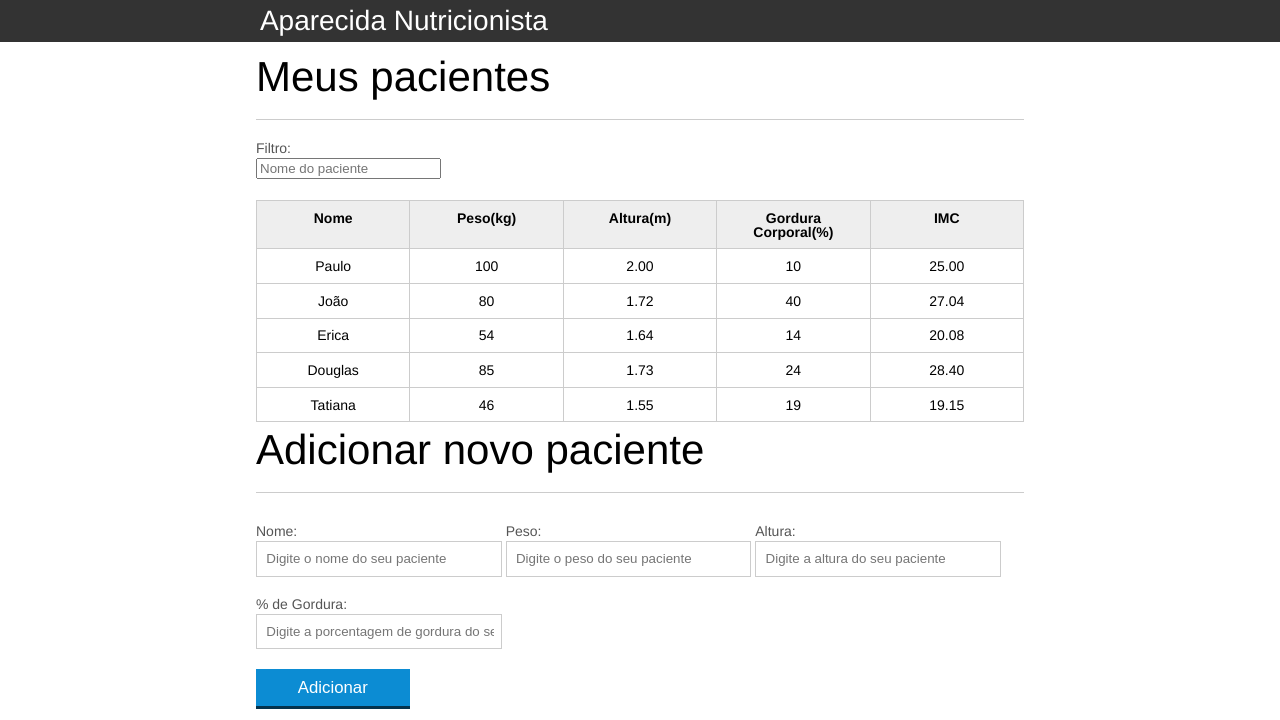
Repository: GabbLps/Controle-de-Clientes-Alura
Page: index.html
The author's editor kept a copy of each file at every save. The page is drawn from the files as they stood at one save, then again after the next save.
The browser window is 1280 px wide. The pictures show the whole page.

Above is the page before, as saved 2022-05-15 18:46:56.

After the next save:
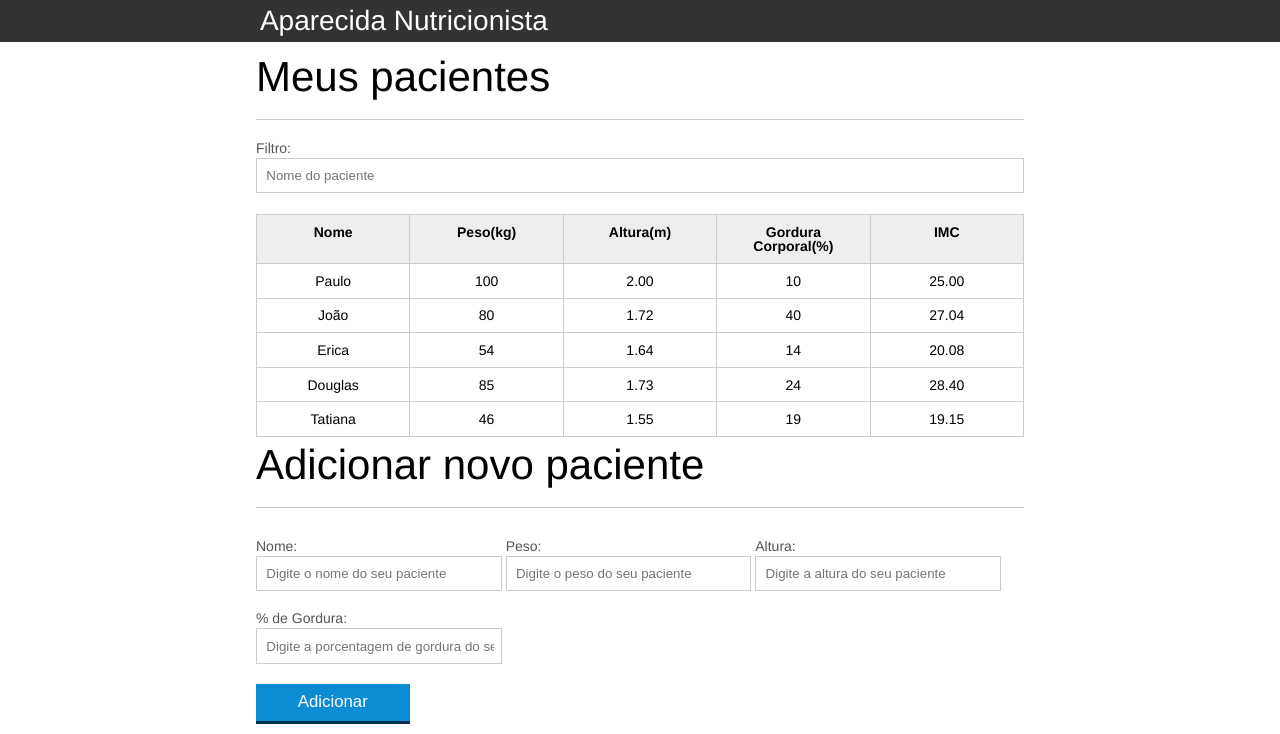
Saved 116 s later.
--- a/css/index.css
+++ b/css/index.css
@@ -80,7 +80,7 @@ label{
 	margin-bottom: .2em;
 }
 
-.campo{
+.campo, #filtrar-tabela{
 	margin: 0;
 	padding-bottom: 1em;
 	width: 100%;
